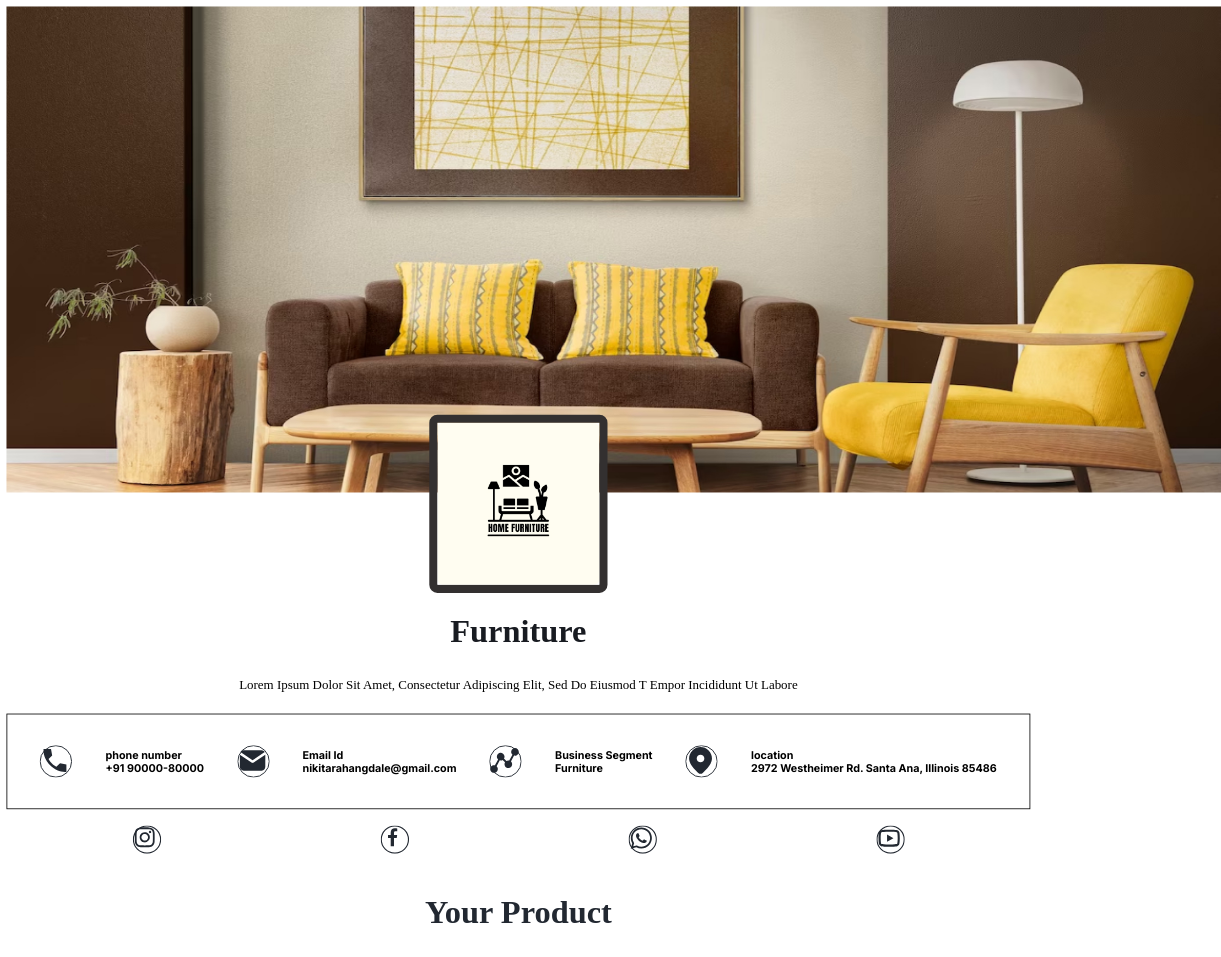
Repository: nikita120402/next13-deploy
Page: /
The author's editor kept a copy of each file at every save. The page is drawn from the files as they stood at one save, then again after the next save.
The browser window is 1280 px wide. The page is 1508 px wide, then 1280 px, so the pictures cover 1508 px, including what lies to the right of the window. The pictures show the whole page, at 81% of full size.
The project was rebuilt for these pictures with package versions that can differ from the ones it lists, and the page was loaded fresh each time. The framework's server and built-in components were replaced by stand-ins that run in the browser. Also part of the build but not shown: next.config.js.

Above is the page before, as saved 2023-08-02 17:54:45.

### src/app/page.tsx
import Image from 'next/image'
import styles from './Design.module.css'
export default function Page() {
  return (
  <div>
        <Image
      src="/../public/image/Rectangle 25.jpg"
      alt="Picture"
      width={1500}
      height={600}
          />
          <Image
          className={styles.icon}
          src="/../public/image/final logo.jpg"
          alt="Picture"
          width={200}
          height={200}
          />
          <h1>Furniture</h1>
          <p>Lorem ipsum dolor sit amet, consectetur adipiscing elit, sed do eiusmod t empor incididunt ut labore </p>
          <div className={styles.call}>
          <svg xmlns="http://www.w3.org/2000/svg" width="40" height="40" viewBox="0 0 69 69" fill="none">
  <circle cx="34.5" cy="34.5" r="33.5" fill="white" stroke="#222831" stroke-width="2"/>
  <svg xmlns="http://www.w3.org/2000/svg" width="65" height="65" viewBox="0 0 33 33" fill="none">
  <path d="M27.4313 28.875C24.5667 28.875 21.731 28.2563 18.9241 27.0187C16.1173 25.7812 13.5676 24.0167 11.275 21.725C8.98333 19.4333 7.21875 16.8896 5.98125 14.0938C4.74375 11.2979 4.125 8.45625 4.125 5.56875V4.125H12.2375L13.5094 11.0344L9.59062 14.9875C10.0948 15.8812 10.6562 16.7292 11.275 17.5312C11.8937 18.3333 12.5583 19.0781 13.2687 19.7656C13.9333 20.4302 14.6612 21.0664 15.4522 21.6741C16.2433 22.2819 17.0968 22.8488 18.0125 23.375L22 19.3875L28.875 20.7969V28.875H27.4313Z" fill="#222831"/>
</svg></svg> <h5>phone number <br/> +91 90000-80000</h5>

<svg xmlns="http://www.w3.org/2000/svg" width="40" height="40" viewBox="0 0 69 69" fill="none">
  <circle cx="34.5" cy="34.5" r="33.5" fill="white" stroke="#222831" stroke-width="2"/>
  <svg xmlns="http://www.w3.org/2000/svg" width="65" height="65" viewBox="0 0 33 33" fill="none">
  <g clip-path="url(#clip0_1_50)">
    <path d="M30.25 10.3606V23.375C30.2501 24.4271 29.8481 25.4396 29.1262 26.2051C28.4044 26.9706 27.4174 27.4314 26.367 27.4931L26.125 27.5H6.875C5.82284 27.5 4.81042 27.098 4.04489 26.3762C3.27937 25.6544 2.8186 24.6673 2.75688 23.617L2.75 23.375V10.3606L15.7369 19.019L15.8964 19.1097C16.0843 19.2016 16.2908 19.2493 16.5 19.2493C16.7092 19.2493 16.9157 19.2016 17.1036 19.1097L17.2631 19.019L30.25 10.3606Z" fill="#222831"/>
    <path d="M26.125 5.5C27.61 5.5 28.9121 6.28375 29.6381 7.46212L16.5 16.2209L3.36188 7.46212C3.70663 6.90218 4.1803 6.4328 4.74335 6.09315C5.30641 5.7535 5.94252 5.55343 6.59863 5.50962L6.875 5.5H26.125Z" fill="#222831"/>
  </g>
  <defs>
    <clipPath id="clip0_1_50">
      <rect width="33" height="33" fill="white"/>
    </clipPath>
  </defs>
</svg>
</svg> <h5>Email Id <br/>  nikitarahangdale@gmail.com</h5>

<svg xmlns="http://www.w3.org/2000/svg" width="40" height="40" viewBox="0 0 69 69" fill="none">
  <circle cx="34.5" cy="34.5" r="33.5" fill="white" stroke="#222831" stroke-width="2"/>
  <svg xmlns="http://www.w3.org/2000/svg" width="65" height="65" viewBox="0 0 33 33" fill="none">
  <path d="M30.7622 10.1346C30.3794 10.5186 29.9246 10.8231 29.4237 11.0306C28.9228 11.2381 28.3859 11.3445 27.8437 11.3437C27.5119 11.3436 27.1813 11.3037 26.8589 11.2251L23.4261 17.6008C23.4648 17.6369 23.5035 17.673 23.5409 17.7104C24.0863 18.256 24.4678 18.9435 24.6421 19.6951C24.8163 20.4466 24.7764 21.2319 24.5267 21.9618C24.2771 22.6917 23.8277 23.337 23.2297 23.8244C22.6317 24.3118 21.9091 24.6217 21.1438 24.719C20.3785 24.8162 19.6013 24.6969 18.9004 24.3747C18.1995 24.0524 17.603 23.54 17.1787 22.8957C16.7544 22.2514 16.5192 21.5011 16.5 20.7298C16.4807 19.9586 16.6781 19.1975 17.0698 18.5328L14.4684 15.9315C13.8338 16.3044 13.111 16.5007 12.375 16.5C12.0428 16.5002 11.7117 16.4609 11.3889 16.3827L7.95609 22.7558C7.99476 22.7919 8.03472 22.828 8.0721 22.8654C8.6489 23.4423 9.04168 24.1773 9.20076 24.9775C9.35985 25.7776 9.27811 26.607 8.96587 27.3606C8.65363 28.1143 8.12492 28.7585 7.44658 29.2117C6.76825 29.665 5.97076 29.9069 5.15495 29.9069C4.33915 29.9069 3.54166 29.665 2.86333 29.2117C2.18499 28.7585 1.65628 28.1143 1.34404 27.3606C1.0318 26.607 0.950059 25.7776 1.10915 24.9775C1.26823 24.1773 1.66101 23.4423 2.23781 22.8654C2.7397 22.3637 3.36251 22 4.04606 21.8094C4.7296 21.6188 5.45075 21.6078 6.1398 21.7774L9.57257 15.4017C9.5339 15.3656 9.49523 15.3295 9.45785 15.2921C9.07471 14.9091 8.77077 14.4543 8.56342 13.9538C8.35606 13.4532 8.24933 12.9168 8.24933 12.375C8.24933 11.8332 8.35606 11.2967 8.56342 10.7962C8.77077 10.2957 9.07471 9.84089 9.45785 9.45783C10.1675 8.74616 11.1126 8.31805 12.1156 8.25393C13.1186 8.18981 14.1105 8.49408 14.905 9.10959C15.6995 9.72511 16.242 10.6095 16.4306 11.5967C16.6191 12.5839 16.4407 13.606 15.9289 14.471L18.5303 17.0723C19.4597 16.5277 20.5645 16.3659 21.6111 16.6212L25.0439 10.2455C25.0052 10.2094 24.9653 10.1733 24.9279 10.1359C24.5447 9.75283 24.2408 9.29805 24.0335 8.79752C23.8261 8.29699 23.7194 7.76051 23.7194 7.21873C23.7194 6.67695 23.8261 6.14048 24.0335 5.63995C24.2408 5.13942 24.5447 4.68464 24.9279 4.30158C25.7016 3.52791 26.7509 3.09326 27.845 3.09326C28.9392 3.09326 29.9885 3.52791 30.7622 4.30158C31.5359 5.07526 31.9705 6.12459 31.9705 7.21873C31.9705 8.31288 31.5359 9.36221 30.7622 10.1359V10.1346Z" fill="#222831"/>
</svg>
</svg> <h5>Business  Segment  <br/>  Furniture</h5>

<svg xmlns="http://www.w3.org/2000/svg" width="40" height="40" viewBox="0 0 69 69" fill="none">
  <circle cx="34.5" cy="34.5" r="33.5" fill="white" stroke="#222831" stroke-width="2"/>
  <svg xmlns="http://www.w3.org/2000/svg" width="65" height="65" viewBox="0 0 33 33" fill="none">
  <path d="M18.8843 29.997C22.4792 26.8331 28.875 20.3692 28.875 14.4375C28.875 11.1554 27.5712 8.00782 25.2504 5.68705C22.9297 3.36629 19.7821 2.0625 16.5 2.0625C13.2179 2.0625 10.0703 3.36629 7.74955 5.68705C5.42879 8.00782 4.125 11.1554 4.125 14.4375C4.125 20.3692 10.5187 26.8331 14.1157 29.997C14.7719 30.5826 15.6205 30.9063 16.5 30.9063C17.3795 30.9063 18.2281 30.5826 18.8843 29.997ZM12.375 14.4375C12.375 13.3435 12.8096 12.2943 13.5832 11.5207C14.3568 10.7471 15.406 10.3125 16.5 10.3125C17.594 10.3125 18.6432 10.7471 19.4168 11.5207C20.1904 12.2943 20.625 13.3435 20.625 14.4375C20.625 15.5315 20.1904 16.5807 19.4168 17.3543C18.6432 18.1279 17.594 18.5625 16.5 18.5625C15.406 18.5625 14.3568 18.1279 13.5832 17.3543C12.8096 16.5807 12.375 15.5315 12.375 14.4375Z" fill="#222831"/>
</svg>
</svg>  <h5>location  <br/>  2972 Westheimer Rd. Santa Ana, Illinois 85486 </h5>

</div>
<div className={styles.icon1}>

<svg xmlns="http://www.w3.org/2000/svg" width="35" height="35" viewBox="0 0 50 50" fill="none">
  <circle cx="25" cy="25" r="24" fill="white" stroke="#222831" stroke-width="2"/>
  <svg xmlns="http://www.w3.org/2000/svg" width="42" height="42" viewBox="0 0 32 32" fill="none">
  <path d="M23.12 7.27999C22.8036 7.27999 22.4942 7.37383 22.2311 7.54964C21.968 7.72545 21.7629 7.97533 21.6418 8.2677C21.5207 8.56006 21.489 8.88176 21.5507 9.19213C21.6125 9.5025 21.7649 9.7876 21.9886 10.0114C22.2124 10.2351 22.4975 10.3875 22.8079 10.4492C23.1182 10.511 23.4399 10.4793 23.7323 10.3582C24.0247 10.2371 24.2745 10.032 24.4504 9.7689C24.6262 9.50578 24.72 9.19644 24.72 8.87999C24.72 8.45564 24.5514 8.04868 24.2514 7.74862C23.9513 7.44856 23.5443 7.27999 23.12 7.27999ZM29.2533 10.5067C29.2274 9.40039 29.0202 8.30586 28.64 7.26666C28.301 6.3775 27.7733 5.57236 27.0933 4.90666C26.4331 4.22322 25.6261 3.69889 24.7333 3.37332C23.6969 2.98154 22.6011 2.7696 21.4933 2.74666C20.08 2.66666 19.6267 2.66666 16 2.66666C12.3733 2.66666 11.92 2.66666 10.5067 2.74666C9.39887 2.7696 8.30313 2.98154 7.26667 3.37332C6.37557 3.70219 5.56925 4.22607 4.90667 4.90666C4.22324 5.56689 3.69891 6.37391 3.37334 7.26666C2.98155 8.30311 2.76962 9.39886 2.74667 10.5067C2.66667 11.92 2.66667 12.3733 2.66667 16C2.66667 19.6267 2.66667 20.08 2.74667 21.4933C2.76962 22.6011 2.98155 23.6969 3.37334 24.7333C3.69891 25.6261 4.22324 26.4331 4.90667 27.0933C5.56925 27.7739 6.37557 28.2978 7.26667 28.6267C8.30313 29.0184 9.39887 29.2304 10.5067 29.2533C11.92 29.3333 12.3733 29.3333 16 29.3333C19.6267 29.3333 20.08 29.3333 21.4933 29.2533C22.6011 29.2304 23.6969 29.0184 24.7333 28.6267C25.6261 28.3011 26.4331 27.7768 27.0933 27.0933C27.7763 26.4301 28.3045 25.6242 28.64 24.7333C29.0202 23.6941 29.2274 22.5996 29.2533 21.4933C29.2533 20.08 29.3333 19.6267 29.3333 16C29.3333 12.3733 29.3333 11.92 29.2533 10.5067ZM26.8533 21.3333C26.8436 22.1797 26.6903 23.0183 26.4 23.8133C26.1871 24.3936 25.8452 24.9179 25.4 25.3467C24.9675 25.7873 24.4443 26.1286 23.8667 26.3467C23.0716 26.637 22.233 26.7903 21.3867 26.8C20.0533 26.8667 19.56 26.88 16.0533 26.88C12.5467 26.88 12.0533 26.88 10.72 26.8C9.84119 26.8164 8.96613 26.6811 8.13334 26.4C7.58105 26.1708 7.08181 25.8304 6.66667 25.4C6.22412 24.9717 5.88646 24.4469 5.68001 23.8667C5.35448 23.0602 5.17393 22.2026 5.14667 21.3333C5.14667 20 5.06667 19.5067 5.06667 16C5.06667 12.4933 5.06667 12 5.14667 10.6667C5.15265 9.8014 5.31061 8.94392 5.61334 8.13332C5.84807 7.57054 6.20836 7.06887 6.66667 6.66666C7.07176 6.20821 7.57239 5.84412 8.13334 5.59999C8.94607 5.30671 9.80267 5.15343 10.6667 5.14666C12 5.14666 12.4933 5.06666 16 5.06666C19.5067 5.06666 20 5.06666 21.3333 5.14666C22.1797 5.15636 23.0183 5.30965 23.8133 5.59999C24.4192 5.82486 24.9631 6.19045 25.4 6.66666C25.8369 7.07623 26.1784 7.57697 26.4 8.13332C26.6963 8.94523 26.8497 9.80236 26.8533 10.6667C26.92 12 26.9333 12.4933 26.9333 16C26.9333 19.5067 26.92 20 26.8533 21.3333ZM16 9.15999C14.6478 9.16263 13.3266 9.56602 12.2035 10.3192C11.0805 11.0724 10.2058 12.1416 9.69018 13.3917C9.17452 14.6417 9.04097 16.0166 9.3064 17.3426C9.57182 18.6685 10.2243 19.886 11.1814 20.8413C12.1386 21.7966 13.3574 22.4467 14.6838 22.7095C16.0103 22.9724 17.3849 22.8361 18.634 22.318C19.883 21.7999 20.9505 20.9232 21.7015 19.7987C22.4525 18.6742 22.8533 17.3522 22.8533 16C22.8551 15.1001 22.6789 14.2088 22.335 13.3773C21.991 12.5457 21.4861 11.7904 20.8492 11.1547C20.2122 10.519 19.4559 10.0156 18.6237 9.67323C17.7915 9.3309 16.8999 9.15647 16 9.15999ZM16 20.44C15.1219 20.44 14.2634 20.1796 13.5333 19.6917C12.8031 19.2038 12.234 18.5104 11.898 17.6991C11.5619 16.8878 11.474 15.9951 11.6453 15.1338C11.8166 14.2725 12.2395 13.4814 12.8604 12.8604C13.4814 12.2395 14.2725 11.8166 15.1338 11.6453C15.9951 11.474 16.8878 11.5619 17.6991 11.898C18.5104 12.234 19.2039 12.8031 19.6917 13.5333C20.1796 14.2634 20.44 15.1218 20.44 16C20.44 16.5831 20.3252 17.1604 20.102 17.6991C19.8789 18.2378 19.5519 18.7273 19.1396 19.1395C18.7273 19.5518 18.2378 19.8789 17.6991 20.102C17.1604 20.3251 16.5831 20.44 16 20.44Z" fill="#222831"/>
</svg>
</svg>
<svg xmlns="http://www.w3.org/2000/svg" width="35" height="35" viewBox="0 0 50 50" fill="none">
  <circle cx="25" cy="25" r="24" fill="white" stroke="#222831" stroke-width="2"/>
  <svg xmlns="http://www.w3.org/2000/svg" width="42" height="42" viewBox="0 0 32 32" fill="none">
  <path d="M17.8627 27.996V17.068H21.5493L22.0973 12.7893H17.8627V10.064C17.8627 8.82934 18.2067 7.98401 19.9787 7.98401H22.224V4.16935C21.1315 4.05227 20.0334 3.99574 18.9347 4.00001C15.676 4.00001 13.4387 5.98935 13.4387 9.64135V12.7813H9.776V17.06H13.4467V27.996H17.8627Z" fill="#222831"/>
</svg>
</svg>
<svg xmlns="http://www.w3.org/2000/svg" width="35" height="35" viewBox="0 0 50 50" fill="none">
  <circle cx="25" cy="25" r="24" fill="white" stroke="#222831" stroke-width="2"/>
  <svg xmlns="http://www.w3.org/2000/svg" width="45" height="45" viewBox="0 0 32 32" fill="none">
  <path d="M25.4 6.54667C24.1776 5.31191 22.7216 4.3329 21.1168 3.66674C19.5121 3.00059 17.7908 2.66062 16.0533 2.66667C8.77333 2.66667 2.84 8.60001 2.84 15.88C2.84 18.2133 3.45333 20.48 4.6 22.48L2.73333 29.3333L9.73333 27.4933C11.6667 28.5467 13.84 29.1067 16.0533 29.1067C23.3333 29.1067 29.2667 23.1733 29.2667 15.8933C29.2667 12.36 27.8933 9.04001 25.4 6.54667ZM16.0533 26.8667C14.08 26.8667 12.1467 26.3333 10.4533 25.3333L10.0533 25.0933L5.89333 26.1867L7 22.1333L6.73333 21.72C5.637 19.9693 5.05485 17.9457 5.05333 15.88C5.05333 9.82667 9.98667 4.89334 16.04 4.89334C18.9733 4.89334 21.7333 6.04001 23.8 8.12001C24.8233 9.13863 25.6343 10.3502 26.1859 11.6846C26.7374 13.0189 27.0187 14.4495 27.0133 15.8933C27.04 21.9467 22.1067 26.8667 16.0533 26.8667ZM22.08 18.6533C21.7467 18.4933 20.12 17.6933 19.8267 17.5733C19.52 17.4667 19.3067 17.4133 19.08 17.7333C18.8533 18.0667 18.2267 18.8133 18.04 19.0267C17.8533 19.2533 17.6533 19.28 17.32 19.1067C16.9867 18.9467 15.92 18.5867 14.6667 17.4667C13.68 16.5867 13.0267 15.5067 12.8267 15.1733C12.64 14.84 12.8 14.6667 12.9733 14.4933C13.12 14.3467 13.3067 14.1067 13.4667 13.92C13.6267 13.7333 13.6933 13.5867 13.8 13.3733C13.9067 13.1467 13.8533 12.96 13.7733 12.8C13.6933 12.64 13.0267 11.0133 12.76 10.3467C12.4933 9.70668 12.2133 9.78667 12.0133 9.77334H11.3733C11.1467 9.77334 10.8 9.85334 10.4933 10.1867C10.2 10.52 9.34667 11.32 9.34667 12.9467C9.34667 14.5733 10.5333 16.1467 10.6933 16.36C10.8533 16.5867 13.0267 19.92 16.3333 21.3467C17.12 21.6933 17.7333 21.8933 18.2133 22.04C19 22.2933 19.72 22.2533 20.2933 22.1733C20.9333 22.08 22.2533 21.3733 22.52 20.6C22.8 19.8267 22.8 19.1733 22.7067 19.0267C22.6133 18.88 22.4133 18.8133 22.08 18.6533Z" fill="#222831"/>
</svg>
</svg>
<svg xmlns="http://www.w3.org/2000/svg" width="35" height="35" viewBox="0 0 50 50" fill="none">
  <circle cx="25" cy="25" r="24" fill="white" stroke="#222831" stroke-width="2"/>
  <svg xmlns="http://www.w3.org/2000/svg" width="45" height="45" viewBox="0 0 32 32" fill="none">
  <path d="M26.1427 9.32668C26.0413 8.92934 25.7533 8.62934 25.424 8.53734C24.84 8.37334 22.0013 8.00001 16.0013 8.00001C10.0013 8.00001 7.164 8.37334 6.576 8.53734C6.25066 8.62801 5.96266 8.92801 5.86 9.32668C5.71466 9.89201 5.33466 12.26 5.33466 16C5.33466 19.7387 5.71466 22.1067 5.86 22.6747C5.96133 23.0707 6.24933 23.3707 6.57733 23.4613C7.164 23.6267 10 24 16 24C22 24 24.8387 23.6267 25.4253 23.4627C25.7507 23.372 26.0387 23.072 26.1413 22.6733C26.288 22.108 26.6667 19.7333 26.6667 16C26.6667 12.2667 26.288 9.89334 26.1427 9.32668ZM28.7253 8.66401C29.3347 11.04 29.3347 16 29.3347 16C29.3347 16 29.3347 20.96 28.7253 23.336C28.3867 24.6493 27.396 25.6827 26.1413 26.032C23.8627 26.6667 16 26.6667 16 26.6667C16 26.6667 8.14266 26.6667 5.86 26.032C4.6 25.6773 3.61066 24.6453 3.276 23.336C2.66666 20.96 2.66666 16 2.66666 16C2.66666 16 2.66666 11.04 3.276 8.66401C3.61466 7.35068 4.60533 6.31734 5.86 5.96801C8.144 5.33334 16.0013 5.33334 16.0013 5.33334C16.0013 5.33334 23.8627 5.33334 26.1413 5.96801C27.4 6.32268 28.3907 7.35468 28.7253 8.66401ZM13.3347 20.6667V11.3333L21.3347 16L13.3347 20.6667Z" fill="#222831"/>
</svg>
</svg>

</div>
<div>
      <h2 className={styles.heading}>Your Product</h2>
</div>
  </div>
  )

}

### src/app/globals.css
Image{
  width: 100%;
  height: 100%;
}

h1{
      text-align: center;
      color: #181b21;
font-family: Playfair Display;
font-size: 40px;
font-style: normal;
font-weight: 600;
line-height: 100%; /* 40px */
  text-transform: capitalize;
}
p{
      color: #000;
text-align: center;
padding: 10px;
font-family: Poppins;
font-size: 16px;
font-style: normal;
font-weight: 400;
line-height: 120%; /* 24px */
text-transform: capitalize;
}

### src/app/Design.module.css
.image1{
    color: transparent;
    width: 100%;
    height: 100%;
}

.icon{
    border-radius: 10px;
    background: #222831;
    position: relative;
    border: solid 10px rgb(51, 48, 48);
    margin-left: auto;
    margin-right: auto;
    display: block;
    margin-top: -100px;
    z-index: +1;
}

.call{
    display: flex;
    margin-left:auto;
    border: solid 1px black;
    padding: 20px;
    justify-content: space-around;
    align-items: center;
}

.icon1{
    display: flex;
    margin-left:0%;
    padding: 20px;
    align-items: center;
    flex-shrink: 0;
    justify-content:space-around;


}

.heading{
    text-align: center;
    color: #222831;
    font-family: Playfair Display;
    font-size: 40px;
    font-style: normal;
    font-weight: 600;
    line-height: 100%; /* 40px */
    text-transform: capitalize;
}

Loaded but not shown: src/app/layout.tsx (common file)

After the next save:
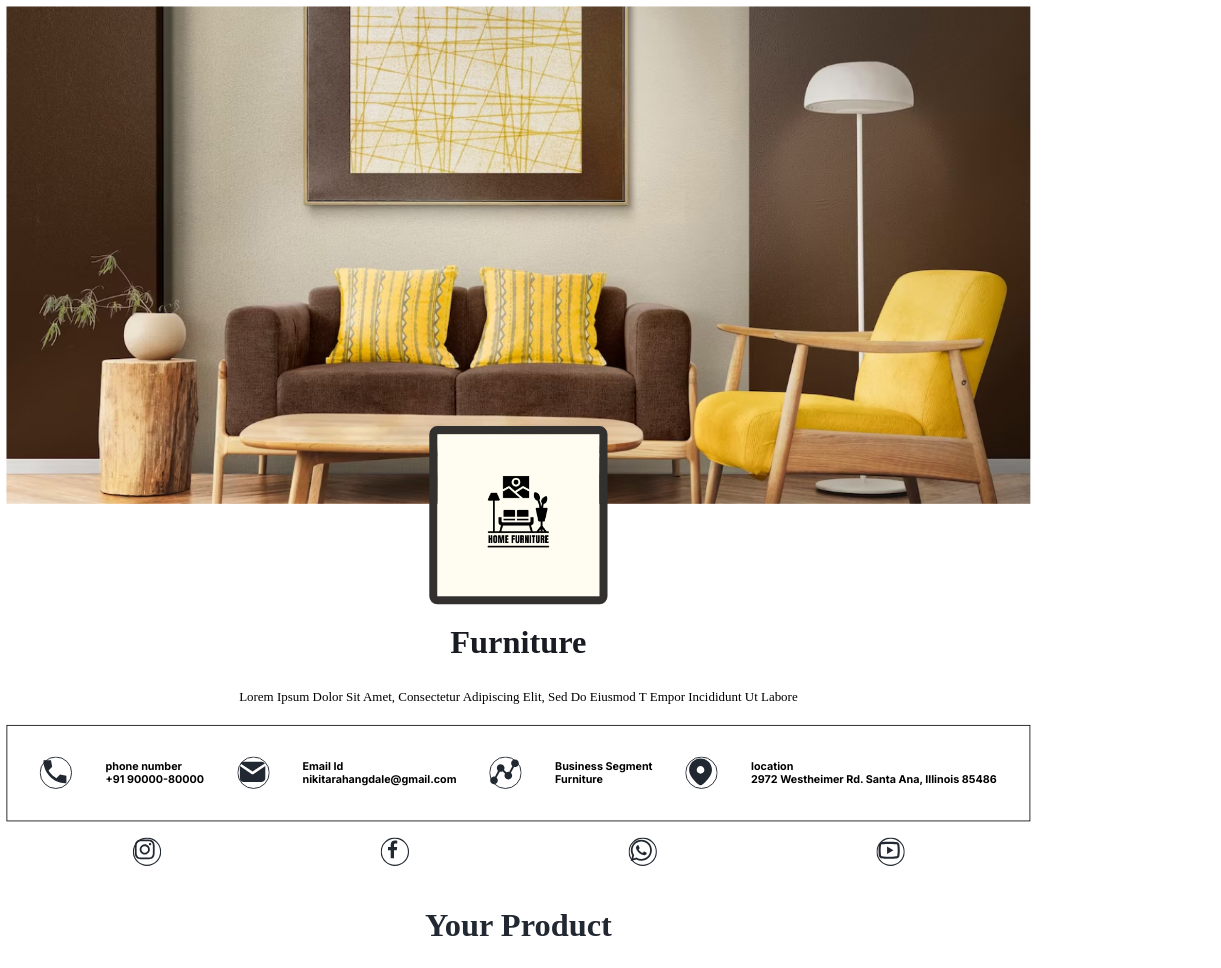
Saved 4 s later.
--- a/src/app/page.tsx
+++ b/src/app/page.tsx
@@ -4,6 +4,7 @@ export default function Page() {
   return (
   <div>
         <Image
+        className={styles.image1}
       src="/../public/image/Rectangle 25.jpg"
       alt="Picture"
       width={1500}
